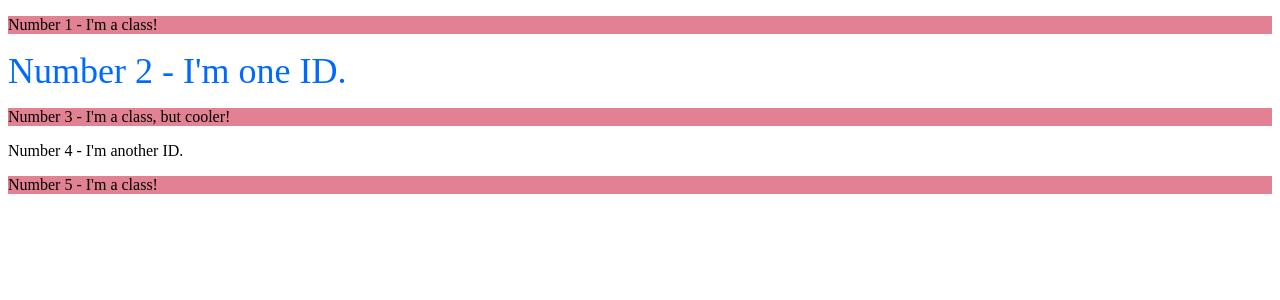
Repository: bbrockbrown/css-exercises
Page: foundations/02-class-id-selectors/index.html
An editor plug-in stored every save of this project. The page is shown before and after the next save, followed by the edit.
The browser window is 1280 px wide. The pictures show the whole page.

Above is the page before, as saved 2024-07-07 19:01:35.

### foundations/02-class-id-selectors/index.html
<!--
* **All odd numbered elements**: a light red/pink background, and a list of fonts containing `Verdana` and
  `DejaVu Sans` with `sans-serif` as a fallback
* **The second element**: blue text and a font size of 36px
* **The third element**: in addition to the styles for all odd numbered elements, add a font size of 24px
* **The fourth element**: a light green background, a font size of 24px, and bold
-->
<!DOCTYPE html>
<html lang="en">
  <head>
    <meta charset="UTF-8">
    <meta http-equiv="X-UA-Compatible" content="IE=edge">
    <meta name="viewport" content="width=device-width, initial-scale=1.0">
    <title>Class and ID Selectors</title>
    <link rel="stylesheet" href="style.css">
  </head>
  <body>
    <p class="odd">Number 1 - I'm a class!</p>
    <div id="second">Number 2 - I'm one ID.</div>
    <p class="odd" id="third">Number 3 - I'm a class, but cooler!</p>
    <div id="fourth">Number 4 - I'm another ID.</div>
    <p class="odd">Number 5 - I'm a class!</p>
  </body>
</html>

### foundations/02-class-id-selectors/style.css
.odd {
    background-color: rgb(225, 129, 145);
    font-family: "Times New Roman", Verdana, Geneva, Tahoma, sans-serif;
}

#second {
    color: rgb(0, 106, 255);
    font-size: 36px;
}

After the next save:
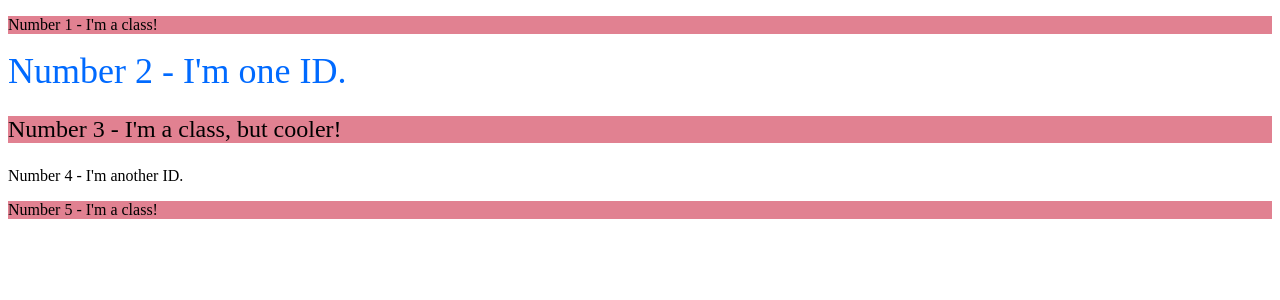
Saved 109 s later.
--- a/foundations/02-class-id-selectors/style.css
+++ b/foundations/02-class-id-selectors/style.css
@@ -7,3 +7,7 @@
     color: rgb(0, 106, 255);
     font-size: 36px;
 }
+
+#third {
+    font-size: 24px;
+}
